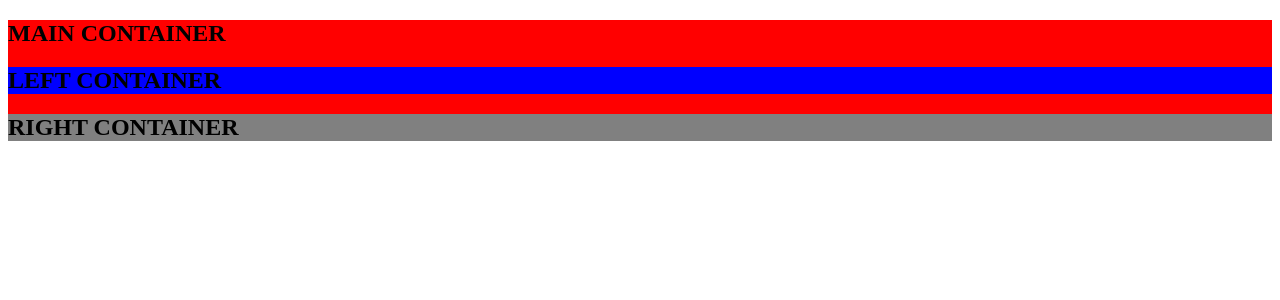
Repository: arindamslt/JEECoding
Page: JEE_FRONTEND/src/main/webapp/10Nav.html
The author's editor kept a copy of each file at every save. The page is drawn from the files as they stood at one save, then again after the next save.
The browser window is 1280 px wide. The pictures show the whole page.

Above is the page before, as saved 2025-07-15 14:27:19.

After the next save:
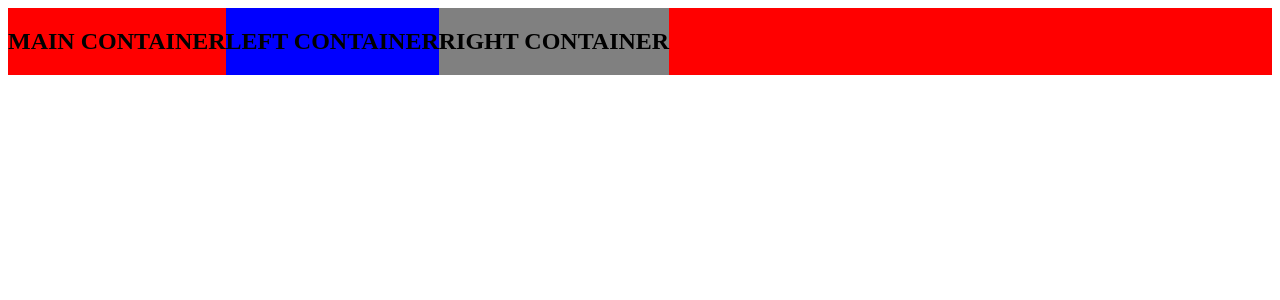
Saved 23 s later.
--- a/JEE_FRONTEND/src/main/webapp/Nav.css
+++ b/JEE_FRONTEND/src/main/webapp/Nav.css
@@ -1,5 +1,6 @@
 #mnConatiner{
 	background-color: red;
+	display: flex;
 }
 #lftContainer{
 	background-color: blue;
